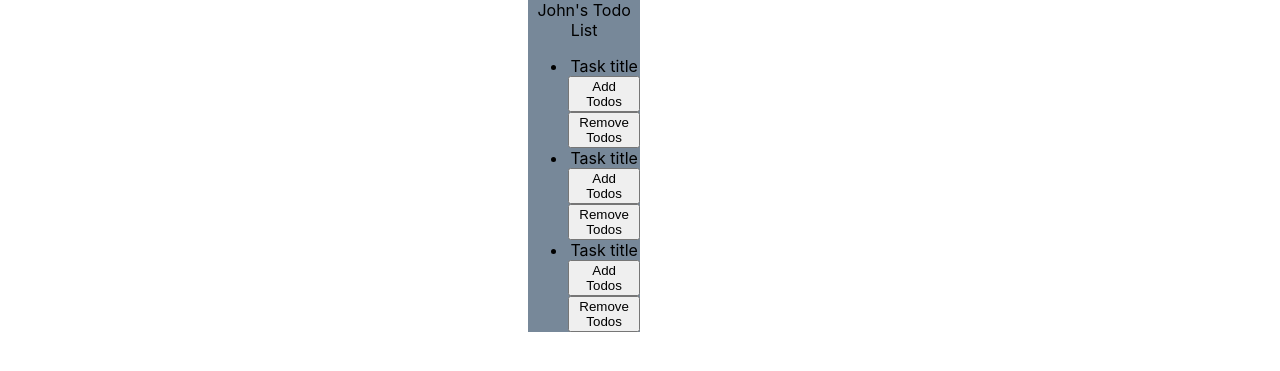
Repository: JohnKang0720/Simple-Todo-List
Page: /
The author's editor kept a copy of each file at every save. The page is drawn from the files as they stood at one save, then again after the next save.
The browser window is 1280 px wide. The pictures show the whole page.
The project was rebuilt for these pictures with package versions that can differ from the ones it lists, and the page was loaded fresh each time.

Above is the page before, as saved 2021-05-24 20:59:14.

After the next save:
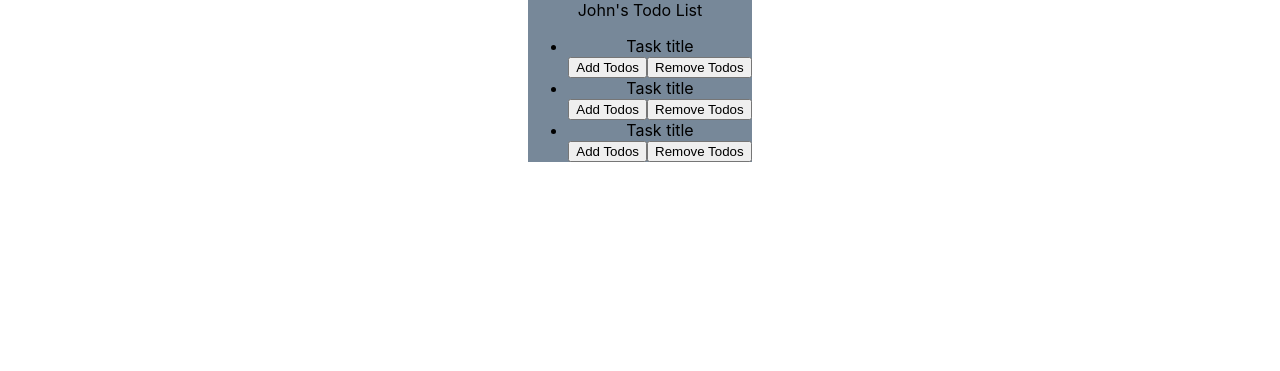
Saved 6 s later.
--- a/src/App.css
+++ b/src/App.css
@@ -36,8 +36,8 @@ body{
 }
 .App{
   background: lightslategray;
-  width: 50%;
-  height: 50%;
+  width: 100%;
+  height: 100%;
   position: relative;
 
 
